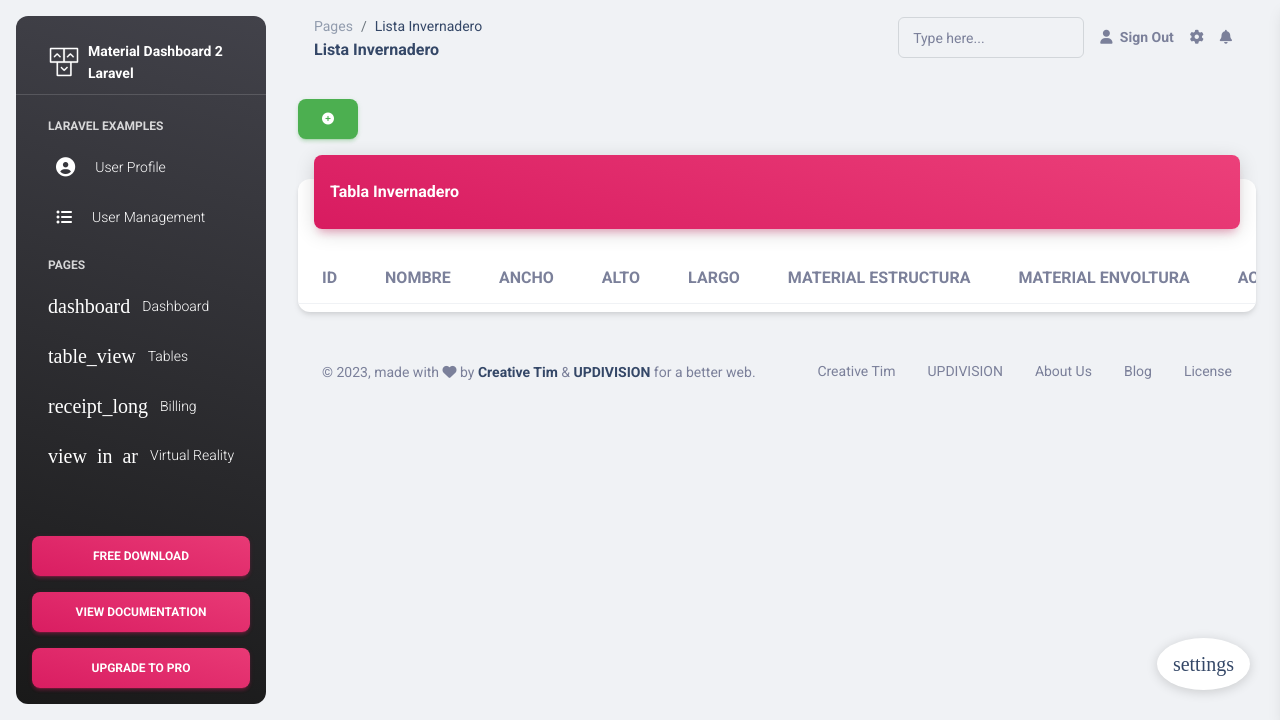
Repository: ValenciaAlmeidaVictor/sistemariego
Page: resources/views/pages/posts/index.blade.php
An editor plug-in stored every save of this project. The page is shown before and after the next save, followed by the edit.
The browser window is 1280 px wide. The pictures show the whole page.
Some web libraries are served in a nearby version. The page is served by the project's Laravel application, run on PHP 8.4 with Laravel 10. Other server files are loaded and not shown. The template is opened directly, without the code that normally fills it, so the values that code supplies are empty.

Above is the page before, as saved 2023-06-21 12:39:01.

### routes/web.php
<?php

use Illuminate\Support\Facades\Auth;
use Illuminate\Support\Facades\Route;

/*
|--------------------------------------------------------------------------
| Web Routes
|--------------------------------------------------------------------------
|
| Here is where you can register web routes for your application. These
| routes are loaded by the RouteServiceProvider and all of them will
| be assigned to the "web" middleware group. Make something great!
|
*/

Route::get('/', function () {
    return view('welcome');
});

Auth::routes();

Route::get('/home', [App\Http\Controllers\HomeController::class, 'index'])->name('home');

use App\Http\Controllers\DashboardController;
use App\Http\Controllers\ProfileController;
use App\Http\Controllers\RegisterController;
use App\Http\Controllers\SessionsController;
use App\Http\Controllers\PostController;

Route::get('/', function () {return redirect('sign-in');})->middleware('guest');
Route::get('/dashboard', [DashboardController::class, 'index'])->middleware('auth')->name('dashboard');
Route::get('sign-up', [RegisterController::class, 'create'])->middleware('guest')->name('register');
Route::post('sign-up', [RegisterController::class, 'store'])->middleware('guest');
Route::get('sign-in', [SessionsController::class, 'create'])->middleware('guest')->name('login');
Route::post('sign-in', [SessionsController::class, 'store'])->middleware('guest');
Route::post('verify', [SessionsController::class, 'show'])->middleware('guest');
Route::post('reset-password', [SessionsController::class, 'update'])->middleware('guest')->name('password.update');
Route::get('verify', function () {
	return view('sessions.password.verify');
})->middleware('guest')->name('verify');
Route::get('/reset-password/{token}', function ($token) {
	return view('sessions.password.reset', ['token' => $token]);
})->middleware('guest')->name('password.reset');

Route::post('sign-out', [SessionsController::class, 'destroy'])->middleware('auth')->name('logout');
Route::get('profile', [ProfileController::class, 'create'])->middleware('auth')->name('profile');
Route::post('user-profile', [ProfileController::class, 'update'])->middleware('auth');
Route::group(['middleware' => 'auth'], function () {
	Route::get('billing', function () {
		return view('pages.billing');
	})->name('billing');
    Route::get('posts', function () {
		return view('posts.index');
	})->name('posts');
	Route::get('tables', function () {
		return view('pages.tables');
	})->name('tables');
	Route::get('rtl', function () {
		return view('pages.rtl');
	})->name('rtl');
	Route::get('virtual-reality', function () {
		return view('pages.virtual-reality');
	})->name('virtual-reality');
	Route::get('notifications', function () {
		return view('pages.notifications');
	})->name('notifications');
	Route::get('static-sign-in', function () {
		return view('pages.static-sign-in');
	})->name('static-sign-in');
	Route::get('static-sign-up', function () {
		return view('pages.static-sign-up');
	})->name('static-sign-up');
	Route::get('user-management', function () {
		return view('pages.laravel-examples.user-management');
	})->name('user-management');
	Route::get('user-profile', function () {
		return view('pages.laravel-examples.user-profile');
	})->name('user-profile');
});


//rutas para el controlleer de las tablas del admin //

Route::group(['middleware' => 'auth'], function (){
    Route::resource('posts',PostController::class,['except'=>['show']]);
});

### resources/views/pages/posts/index.blade.php
@yield('posts')

<x-layout bodyClass="g-sidenav-show  bg-gray-200">
    <x-navbars.sidebar activePage="Lista Invernadero"></x-navbars.sidebar>
    <main class="main-content position-relative max-height-vh-100 h-100 border-radius-lg ">
        <!-- Navbar -->
        <x-navbars.navs.auth titlePage="Lista Invernadero"></x-navbars.navs.auth>
        <script src="https:/kit.fontawesome.com/646ac4fad6.js" crossorigin="anonymous"></script>
        <!-- End Navbar -->
        <div class="container-fluid py-4">
            <div class="row">
                <div class="col-12">
                    <div class="row">
                        <div class="col-12 text-left">
                            <a href="" class="btn btn-success"><i class="fa-solid fa-circle-plus"></i></a>
                        </div>
                    </div>
                    <div class="card my-4">
                        <div class="card-header p-0 position-relative mt-n4 mx-3 z-index-2">
                            <div class="bg-gradient-primary shadow-primary border-radius-lg pt-4 pb-3">
                                <h6 class="text-white text-capitalize ps-3">Tabla Invernadero</h6>
                            </div>
                        </div>
                        <div class="card-body px-0 pb-2">
                            <div class="table-responsive p-0">
                                <table class="table align-items-center mb-0">
                                    <thead>
                                        <tr>
                                            <th>ID</th>
                                            <th>NOMBRE</th>
                                            <th>ANCHO</th>
                                            <th>ALTO</th>
                                            <th>LARGO</th>
                                            <th>MATERIAL ESTRUCTURA</th>
                                            <th>MATERIAL ENVOLTURA</th>
                                            <th>ACCIONES</th>
                                        </tr>
                                    </thead>
                                    <tbody>

                                    </tbody>
                                </table>
                            </div>
                        </div>
                    </div>
                </div>
            </div>
            <x-footers.auth></x-footers.auth>
        </div>
    </main>
    <x-plugins></x-plugins>

</x-layout>

### resources/views/components/navbars/sidebar.blade.php
@props(['activePage'])

<aside
    class="sidenav navbar navbar-vertical navbar-expand-xs border-0 border-radius-xl my-3 fixed-start ms-3   bg-gradient-dark"
    id="sidenav-main">
    <div class="sidenav-header">
        <i class="fas fa-times p-3 cursor-pointer text-white opacity-5 position-absolute end-0 top-0 d-none d-xl-none"
            aria-hidden="true" id="iconSidenav"></i>
        <a class="navbar-brand m-0 d-flex text-wrap align-items-center" href=" {{ route('dashboard') }} ">
            <img src="{{ asset('assets') }}/img/logo-ct.png" class="navbar-brand-img h-100" alt="main_logo">
            <span class="ms-2 font-weight-bold text-white">Material Dashboard 2 Laravel</span>
        </a>
    </div>
    <hr class="horizontal light mt-0 mb-2">
    <div class="collapse navbar-collapse  w-auto  max-height-vh-100" id="sidenav-collapse-main">
        <ul class="navbar-nav">
            <li class="nav-item mt-3">
                <h6 class="ps-4 ms-2 text-uppercase text-xs text-white font-weight-bolder opacity-8">Laravel examples</h6>
            </li>
            <li class="nav-item">
                <a class="nav-link text-white {{ $activePage == 'user-profile' ? 'active bg-gradient-primary' : '' }} "
                    href="{{ route('user-profile') }}">
                    <div class="text-white text-center me-2 d-flex align-items-center justify-content-center">
                        <i style="font-size: 1.2rem;" class="fas fa-user-circle ps-2 pe-2 text-center"></i>
                    </div>
                    <span class="nav-link-text ms-1">User Profile</span>
                </a>
            </li>
            <li class="nav-item">
                <a class="nav-link text-white {{ $activePage == 'user-management' ? ' active bg-gradient-primary' : '' }} "
                    href="{{ route('user-management') }}">
                    <div class="text-white text-center me-2 d-flex align-items-center justify-content-center">
                        <i style="font-size: 1rem;" class="fas fa-lg fa-list-ul ps-2 pe-2 text-center"></i>
                    </div>
                    <span class="nav-link-text ms-1">User Management</span>
                </a>
            </li>
            <li class="nav-item mt-3">
                <h6 class="ps-4 ms-2 text-uppercase text-xs text-white font-weight-bolder opacity-8">Pages</h6>
            </li>
            <li class="nav-item">
                <a class="nav-link text-white {{ $activePage == 'dashboard' ? ' active bg-gradient-primary' : '' }} "
                    href="{{ route('dashboard') }}">
                    <div class="text-white text-center me-2 d-flex align-items-center justify-content-center">
                        <i class="material-icons opacity-10">dashboard</i>
                    </div>
                    <span class="nav-link-text ms-1">Dashboard</span>
                </a>
            </li>
            <li class="nav-item">
                <a class="nav-link text-white {{ $activePage == 'tables' ? ' active bg-gradient-primary' : '' }} "
                    href="{{ route('tables') }}">
                    <div class="text-white text-center me-2 d-flex align-items-center justify-content-center">
                        <i class="material-icons opacity-10">table_view</i>
                    </div>
                    <span class="nav-link-text ms-1">Tables</span>
                </a>
            </li>

            <li class="nav-item">
                <a class="nav-link text-white {{ $activePage == 'billing' ? ' active bg-gradient-primary' : '' }}  "
                    href="{{ route('billing') }}">
                    <div class="text-white text-center me-2 d-flex align-items-center justify-content-center">
                        <i class="material-icons opacity-10">receipt_long</i>
                    </div>
                    <span class="nav-link-text ms-1">Billing</span>
                </a>
            </li>
            <li class="nav-item">
                <a class="nav-link text-white {{ $activePage == 'virtual-reality' ? ' active bg-gradient-primary' : '' }}  "
                    href="{{ route('virtual-reality') }}">
                    <div class="text-white text-center me-2 d-flex align-items-center justify-content-center">
                        <i class="material-icons opacity-10">view_in_ar</i>
                    </div>
                    <span class="nav-link-text ms-1">Virtual Reality</span>
                </a>
            </li>
            <li class="nav-item">
                <a class="nav-link text-white {{ $activePage == 'rtl' ? ' active bg-gradient-primary' : '' }}  "
                    href="{{ route('rtl') }}">
                    <div class="text-white text-center me-2 d-flex align-items-center justify-content-center">
                        <i class="material-icons opacity-10">format_textdirection_r_to_l</i>
                    </div>
                    <span class="nav-link-text ms-1">RTL</span>
                </a>
            </li>
            <li class="nav-item">
                <a class="nav-link text-white {{ $activePage == 'notifications' ? ' active bg-gradient-primary' : '' }}  "
                    href="{{ route('notifications') }}">
                    <div class="text-white text-center me-2 d-flex align-items-center justify-content-center">
                        <i class="material-icons opacity-10">notifications</i>
                    </div>
                    <span class="nav-link-text ms-1">Notifications</span>
                </a>
            </li>
            <li class="nav-item mt-3">
                <h6 class="ps-4 ms-2 text-uppercase text-xs text-white font-weight-bolder opacity-8">Account pages</h6>
            </li>
            <li class="nav-item">
                <a class="nav-link text-white {{ $activePage == 'profile' ? ' active bg-gradient-primary' : '' }}  "
                    href="{{ route('profile') }}">
                    <div class="text-white text-center me-2 d-flex align-items-center justify-content-center">
                        <i class="material-icons opacity-10">person</i>
                    </div>
                    <span class="nav-link-text ms-1">Profile</span>
                </a>
            </li>
            <li class="nav-item">
                <a class="nav-link text-white " href="{{ route('static-sign-in') }}">
                    <div class="text-white text-center me-2 d-flex align-items-center justify-content-center">
                        <i class="material-icons opacity-10">login</i>
                    </div>
                    <span class="nav-link-text ms-1">Sign In</span>
                </a>
            </li>
            <li class="nav-item">
                <a class="nav-link text-white " href="{{ route('static-sign-up') }}">
                    <div class="text-white text-center me-2 d-flex align-items-center justify-content-center">
                        <i class="material-icons opacity-10">assignment</i>
                    </div>
                    <span class="nav-link-text ms-1">Sign Up</span>
                </a>
            </li>
        </ul>
    </div>
    <div class="sidenav-footer position-absolute w-100 bottom-0 ">
        <div class="mx-3">
            <a class="btn bg-gradient-primary w-100" href="https://www.creative-tim.com/product/material-dashboard-laravel" target="_blank">Free Download</a>
        </div>
        <div class="mx-3">
            <a class="btn bg-gradient-primary w-100" href="../../documentation/getting-started/installation.html" target="_blank">View documentation</a>
        </div>
        <div class="mx-3">
            <a class="btn bg-gradient-primary w-100"
                href="https://www.creative-tim.com/product/material-dashboard-pro-laravel" target="_blank" type="button">Upgrade
                to pro</a>
        </div>
    </div>
</aside>

### resources/views/components/layout.blade.php
<!--
=========================================================
* Material Dashboard 2 - v3.0.0
=========================================================

* Product Page: https://www.creative-tim.com/product/material-dashboard
* Copyright 2021 Creative Tim (https://www.creative-tim.com) & UPDIVISION (https://www.updivision.com)
* Licensed under MIT (https://www.creative-tim.com/license)
* Coded by www.creative-tim.com & www.updivision.com

=========================================================

* The above copyright notice and this permission notice shall be included in all copies or substantial portions of the Software.
-->
@props(['bodyClass'])
<!DOCTYPE html>
<html lang="en">

<head>
    <meta charset="utf-8" />
    <meta name="viewport" content="width=device-width, initial-scale=1, shrink-to-fit=no">

    <link rel="apple-touch-icon" sizes="76x76" href="{{ asset('assets') }}/img/apple-icon.png">
    <link rel="icon" type="image/png" href="{{ asset('assets') }}/img/favicon.png">
    <title>
        MaxAspersor Dashboard
    </title>
    <!--     Fonts and icons     -->
    <link rel="stylesheet" type="text/css"
        href="https://fonts.googleapis.com/css?family=Roboto:300,400,500,700,900|Roboto+Slab:400,700" />
    <!-- Nucleo Icons -->
    <link href="{{ asset('assets') }}/css/nucleo-icons.css" rel="stylesheet" />
    <link href="{{ asset('assets') }}/css/nucleo-svg.css" rel="stylesheet" />
    <!-- Font Awesome Icons -->
    <script src="https://kit.fontawesome.com/42d5adcbca.js" crossorigin="anonymous"></script>
    <!-- Material Icons -->
    <link href="https://fonts.googleapis.com/icon?family=Material+Icons+Round" rel="stylesheet">
    <!-- CSS Files -->
    <link id="pagestyle" href="{{ asset('assets') }}/css/material-dashboard.css?v=3.0.0" rel="stylesheet" />
</head>
<body class="{{ $bodyClass }}">

{{ $slot }}

<script src="{{ asset('assets') }}/js/core/popper.min.js"></script>
<script src="{{ asset('assets') }}/js/core/bootstrap.min.js"></script>
<script src="{{ asset('assets') }}/js/plugins/perfect-scrollbar.min.js"></script>
<script src="{{ asset('assets') }}/js/plugins/smooth-scrollbar.min.js"></script>
@stack('js')
<script>
    var win = navigator.platform.indexOf('Win') > -1;
    if (win && document.querySelector('#sidenav-scrollbar')) {
        var options = {
            damping: '0.5'
        }
        Scrollbar.init(document.querySelector('#sidenav-scrollbar'), options);
    }

</script>
<!-- Github buttons -->
<script async defer src="https://buttons.github.io/buttons.js"></script>
<!-- Control Center for Material Dashboard: parallax effects, scripts for the example pages etc -->
<script src="{{ asset('assets') }}/js/material-dashboard.min.js?v=3.0.0"></script>
</body>
</html>

### public/assets/css/nucleo-svg.css
/* Generated using nucleoapp.com */
/* --------------------------------

Icon colors

-------------------------------- */

.icon {
  display: inline-block;
  /* icon primary color */
  color: #111111;
  height: 1em;
  width: 1em;
}

.icon use {
  /* icon secondary color - fill */
  fill: #7ea6f6;
}

.icon.icon-outline use {
  /* icon secondary color - stroke */
  stroke: #7ea6f6;
}

/* --------------------------------

Change icon size

-------------------------------- */

.icon-xs {
  height: 0.5em;
  width: 0.5em;
}

.icon-sm {
  height: 0.8em;
  width: 0.8em;
}

.icon-lg {
  height: 1.6em;
  width: 1.6em;
}

.icon-xl {
  height: 2em;
  width: 2em;
}

/* --------------------------------

Align icon and text

-------------------------------- */

.icon-text-aligner {
  /* add this class to parent element that contains icon + text */
  display: flex;
  align-items: center;
}

.icon-text-aligner .icon {
  color: inherit;
  margin-right: 0.4em;
}

.icon-text-aligner .icon use {
  color: inherit;
  fill: currentColor;
}

.icon-text-aligner .icon.icon-outline use {
  stroke: currentColor;
}

/* --------------------------------

Icon reset values - used to enable color customizations

-------------------------------- */

.icon {
  fill: currentColor;
  stroke: none;
}

.icon.icon-outline {
  fill: none;
  stroke: currentColor;
}

.icon use {
  stroke: none;
}

.icon.icon-outline use {
  fill: none;
}

/* --------------------------------

Stroke effects - Nucleo outline icons

- 16px icons -> up to 1px stroke (16px outline icons do not support stroke changes)
- 24px, 32px icons -> up to 2px stroke
- 48px, 64px icons -> up to 4px stroke

-------------------------------- */

.icon-outline.icon-stroke-1 {
  stroke-width: 1px;
}

.icon-outline.icon-stroke-2 {
  stroke-width: 2px;
}

.icon-outline.icon-stroke-3 {
  stroke-width: 3px;
}

.icon-outline.icon-stroke-4 {
  stroke-width: 4px;
}

.icon-outline.icon-stroke-1 use,
.icon-outline.icon-stroke-3 use {
  -webkit-transform: translateX(0.5px) translateY(0.5px);
  -moz-transform: translateX(0.5px) translateY(0.5px);
  -ms-transform: translateX(0.5px) translateY(0.5px);
  -o-transform: translateX(0.5px) translateY(0.5px);
  transform: translateX(0.5px) translateY(0.5px);
}

Loaded but not shown: app/Http/Controllers/Auth/ConfirmPasswordController.php (common file); app/Http/Controllers/Controller.php (common file); resources/views/components/navbars/navs/auth.blade.php (common file); resources/views/components/footers/auth.blade.php (common file); resources/views/components/plugins.blade.php (common file); public/assets/css/material-dashboard.css (library); public/assets/js/core/popper.min.js (library); public/assets/js/core/bootstrap.min.js (library); public/assets/js/plugins/perfect-scrollbar.min.js (library); public/assets/js/plugins/smooth-scrollbar.min.js (library); public/assets/js/material-dashboard.min.js (library); public/assets/img/small-logos/logo-spotify.svg (9 lines, source omitted); public/assets/css/nucleo-icons.css (597 lines, source omitted)

After the next save:
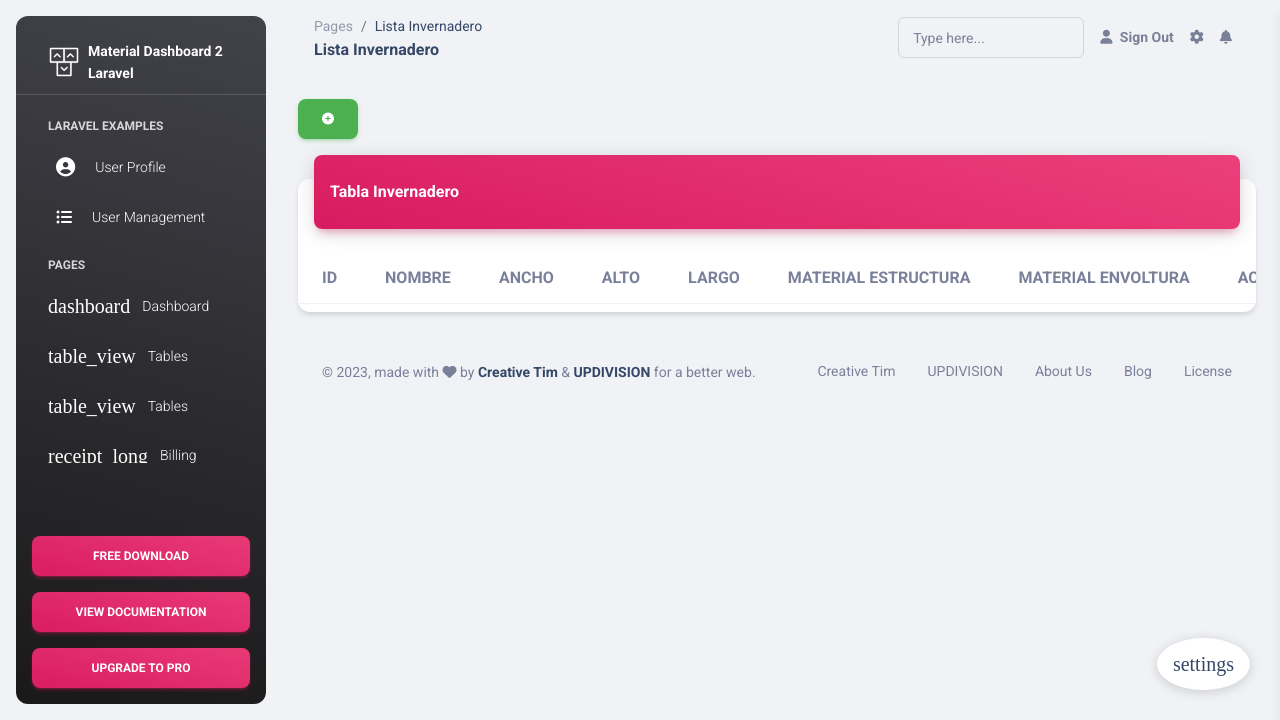
Saved 7 s later.
--- a/resources/views/components/navbars/sidebar.blade.php
+++ b/resources/views/components/navbars/sidebar.blade.php
@@ -56,7 +56,15 @@
                     <span class="nav-link-text ms-1">Tables</span>
                 </a>
             </li>
-
+            <li class="nav-item">
+                <a class="nav-link text-white {{ $activePage == 'tables' ? ' active bg-gradient-primary' : '' }} "
+                    href="{{ route('tables') }}">
+                    <div class="text-white text-center me-2 d-flex align-items-center justify-content-center">
+                        <i class="material-icons opacity-10">table_view</i>
+                    </div>
+                    <span class="nav-link-text ms-1">Tables</span>
+                </a>
+            </li>
             <li class="nav-item">
                 <a class="nav-link text-white {{ $activePage == 'billing' ? ' active bg-gradient-primary' : '' }}  "
                     href="{{ route('billing') }}">
